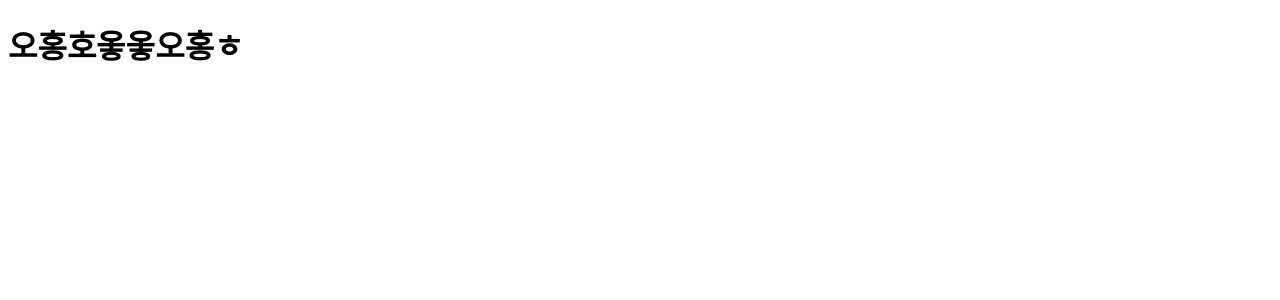
Repository: parkjin-sol/web-workplace
Page: BurgerKingProject/src/main/webapp/index.html
The author's editor kept a copy of each file at every save. The page is drawn from the files as they stood at one save, then again after the next save.
The browser window is 1280 px wide. The pictures show the whole page.

Above is the page before, as saved 2025-03-07 05:23:25.

After the next save:
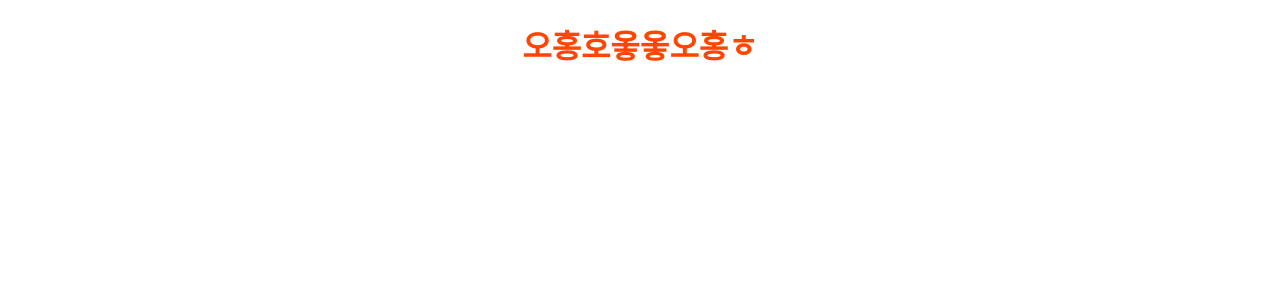
Saved 3 min 14 s later.
--- a/BurgerKingProject/src/main/webapp/index.html
+++ b/BurgerKingProject/src/main/webapp/index.html
@@ -3,6 +3,12 @@
 <head>
 <meta charset="UTF-8">
 <title>Insert title here</title>
+<style type="text/css">
+	h1 {
+		color: orangered;
+		text-align: center;
+	}
+</style>
 </head>
 <body>
 
